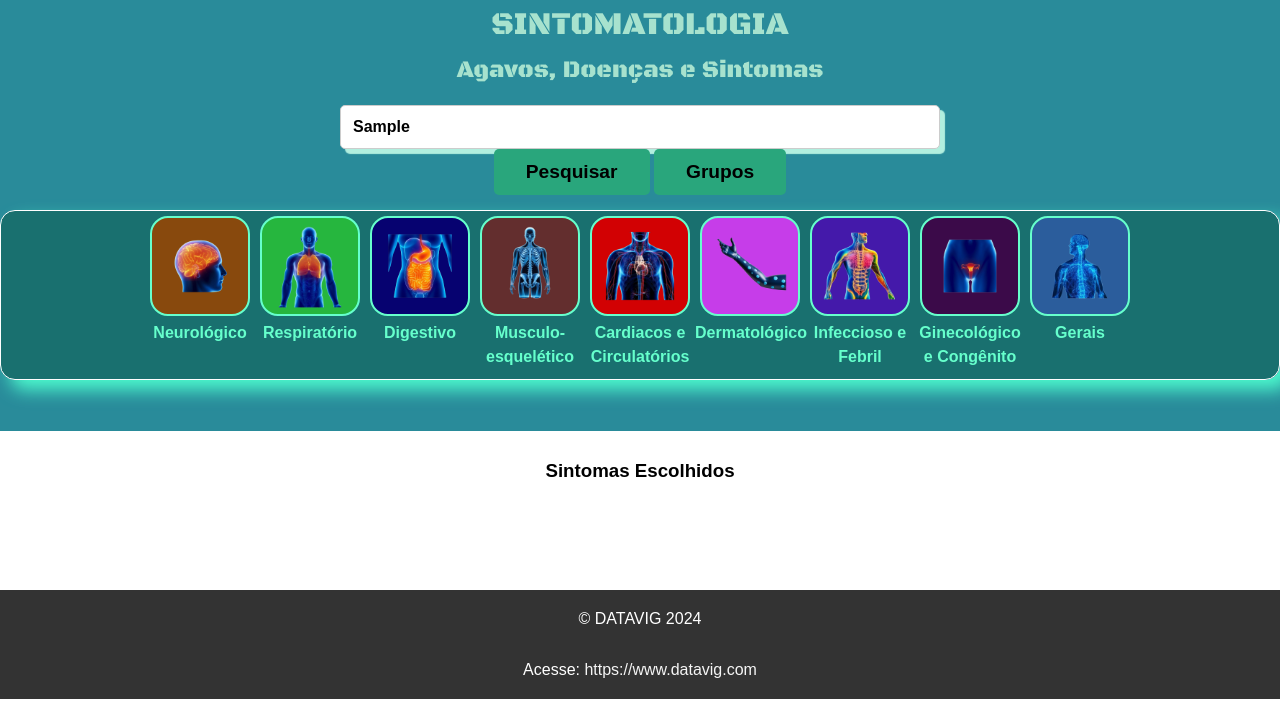
Repository: br-on/vigia
Page: index.html
These files come from the project's save history. The page is drawn as it stood at one moment and after the next save; the edit follows.
The browser window is 1280 px wide. The pictures show the whole page.
Empty fields were first filled with sample values (such as "Sample", 5 or name@example.com).
After loading, the first visible `button[onclick="mostrarGrupos()"]` was clicked once.
Some web fonts or font styles are not loaded; a fallback is used.

Above is the page before, as saved 2024-09-29 09:17:15.

After the next save:
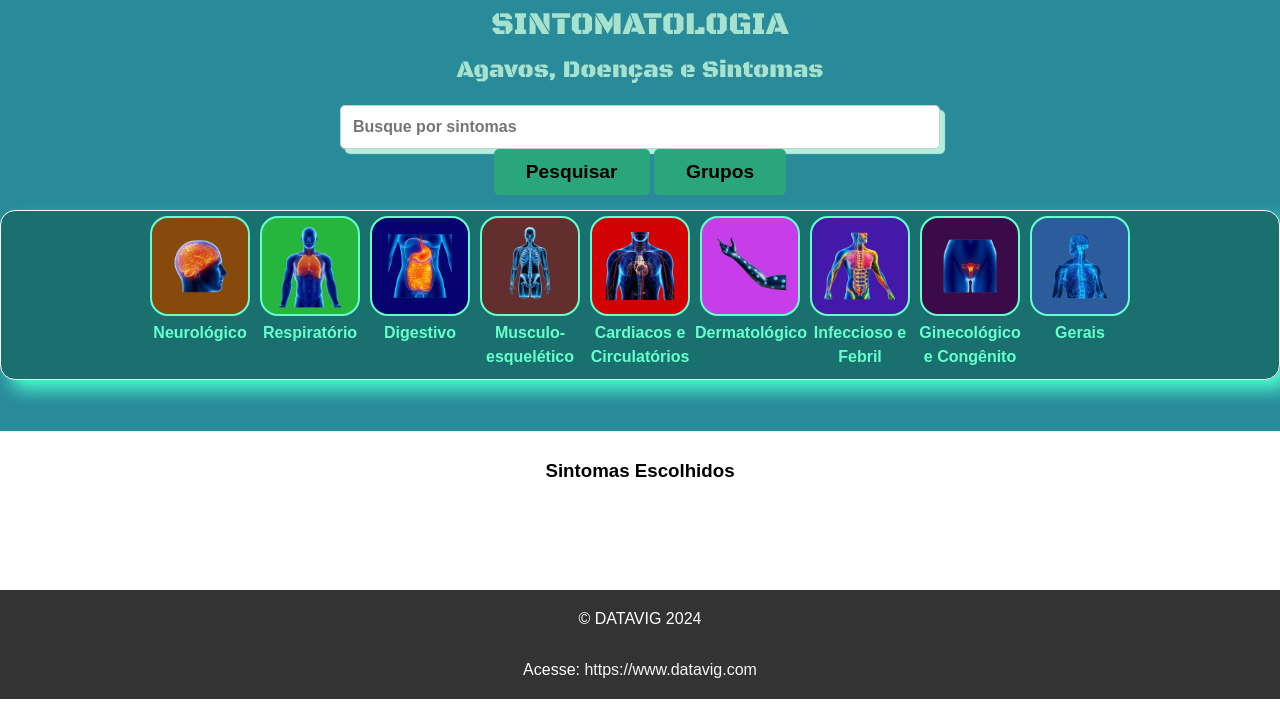
Saved 6 min 42 s later.
--- a/assets/script/app.js
+++ b/assets/script/app.js
@@ -82,6 +82,7 @@ function ocultarOverlay() {
 function mostrarGrupos() {
     document.getElementById('resultados-pesquisa').style.display = 'none';
     document.getElementById('grupos-sintomas').style.display = 'block';
+    document.getElementById('campo-pesquisa').value = ""; // para limpar quando for pra grupo
 }
 
 function pesquisar() {
